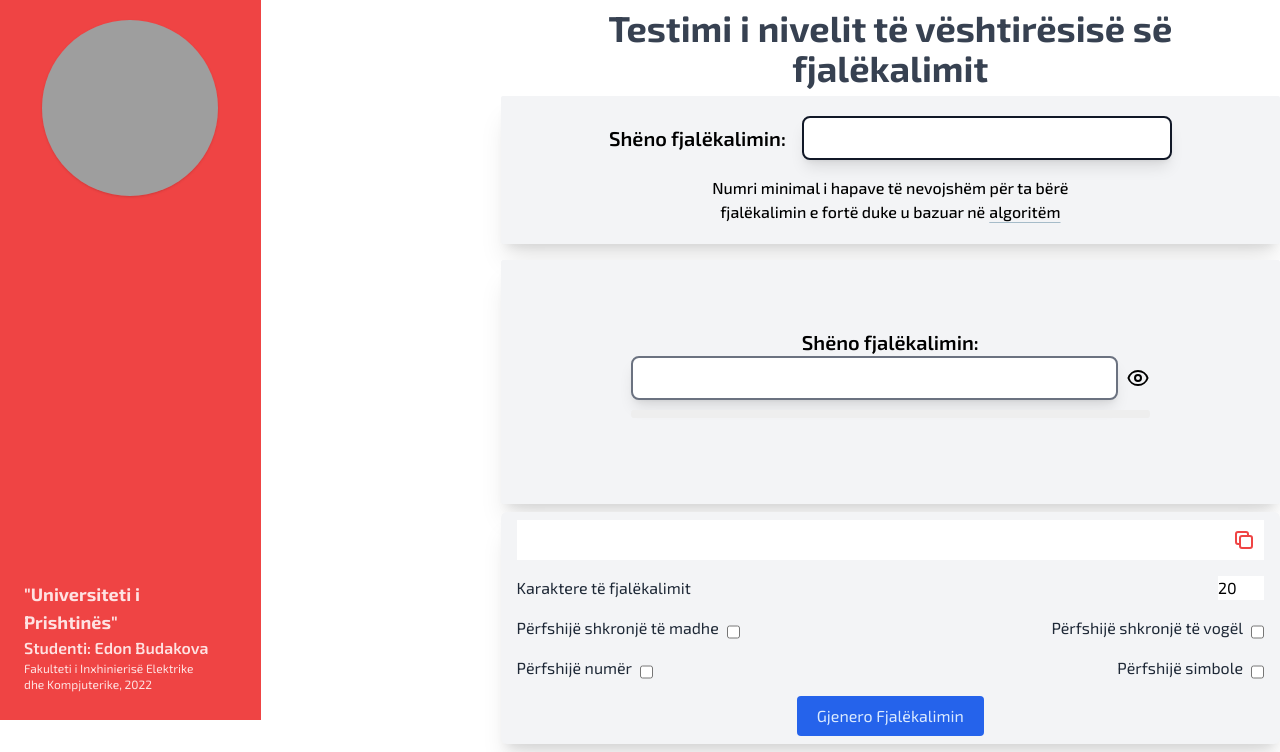
Repository: edonb99/Testing-the-level-of-password-difficulty
Page: /
These files come from the project's save history. The page is drawn as it stood at one moment and after a run of saves; the edit follows.
The browser window is 1280 px wide. The pictures show the whole page.
Pictures or frames that could not be fetched are drawn as grey boxes. The project was rebuilt for these pictures with package versions that can differ from the ones it lists, and the page was loaded fresh each time.

Above is the page before, as saved 2022-03-22 14:40:00.

After the next 2 saves:
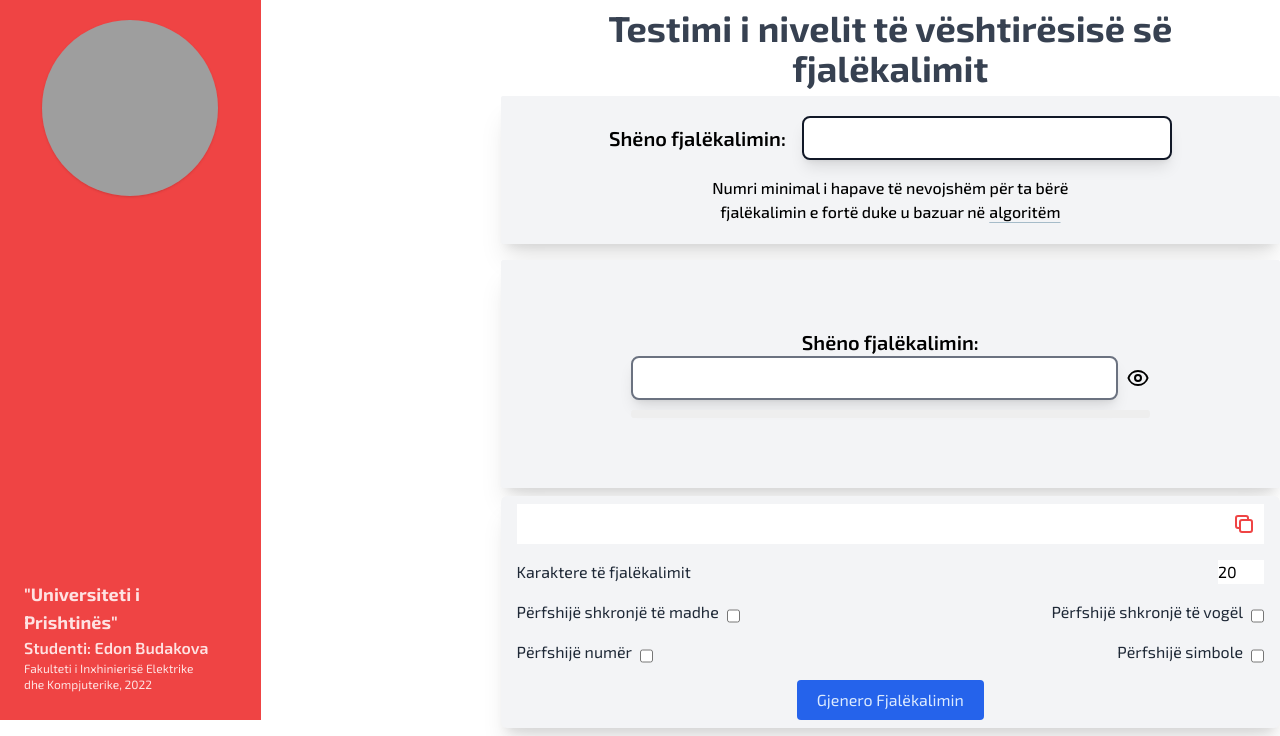
The 2 saves are shown as one change because 1 did not build or start.
The last was saved 65 s later.
--- a/src/components/PasswordChecker.jsx
+++ b/src/components/PasswordChecker.jsx
@@ -56,16 +56,19 @@ const PasswordChecker = (props) => {
         max="4"
       />
       <br />
-      <p className="h-16 text-base">
+      <p className="text-base">
+      <div class="h-12">
         {password && (
           <p
-            className={`text-center text-base md:text-sm font-medium password__label strength-${
+            className={`text-center text-base md:text-xl font-medium password__label strength-${
               createPasswordLabel().info
             }`}
           >
             Fuqia e fjalëkalimit: <span>{createPasswordLabel().info} </span>
           </p>
         )}
+        </div>
+
       </p>
     </div>
   );
